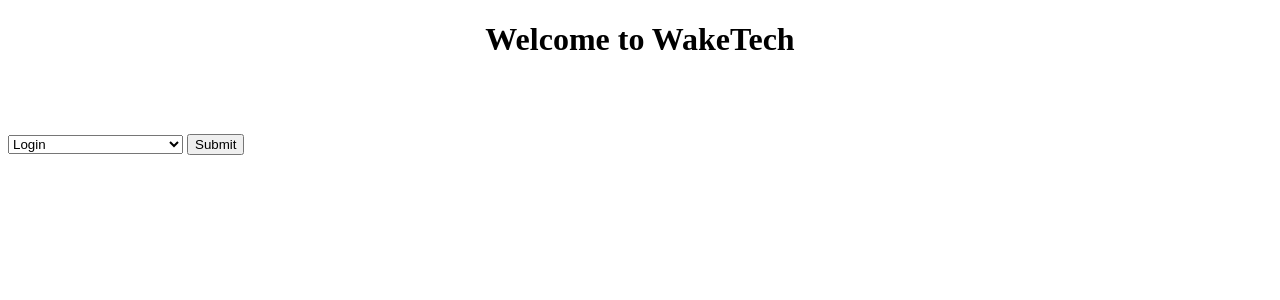
Repository: weshayutin/java258Online
Page: http://localhost/Week5Assignment2/menu.jsp
An editor plug-in stored every save of this project. The page is shown before and after the next save, followed by the edit.
The browser window is 1280 px wide. The pictures show the whole page.
The page is served by Tomcat 9. Other server files are loaded and not shown.

Above is the page before, as saved 2011-02-22 21:54:01.

### workspace/Week5Assignment2/WebContent/menu.jsp
<%@ page language="java" contentType="text/html; charset=UTF-8"
    pageEncoding="UTF-8"%>
<!DOCTYPE html PUBLIC "-//W3C//DTD HTML 4.01 Transitional//EN" "http://www.w3.org/TR/html4/loose.dtd">
<html>
<head>
<meta http-equiv="Content-Type" content="text/html; charset=UTF-8">
<title> Welcome to WakeTech</title>
<h1 align="center"> Welcome to WakeTech</h1>
</head>
<body>
<%


%>

<br><br><br>
<form method="GET" action="ValidateUser.do">
 <select name=mypage>
  <option value="login">Login</option>
  <option value="classcriteria">Search By Criteria</option>
  <option value="classdisplay">Search By Prefix</option>
  <option value="schedule">Display Student Schedule</option>
</select>

	 <input type="SUBMIT"/>



</form>


</body>
</html>

After the next save:
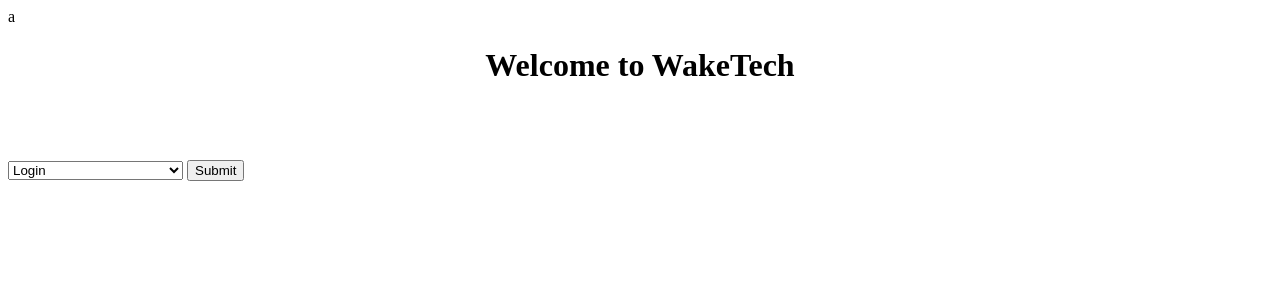
Saved 3 days later.
--- a/workspace/Week5Assignment2/WebContent/menu.jsp
+++ b/workspace/Week5Assignment2/WebContent/menu.jsp
@@ -1,4 +1,4 @@
-<%@ page language="java" contentType="text/html; charset=UTF-8"
+ a<%@ page language="java" contentType="text/html; charset=UTF-8"
     pageEncoding="UTF-8"%>
 <!DOCTYPE html PUBLIC "-//W3C//DTD HTML 4.01 Transitional//EN" "http://www.w3.org/TR/html4/loose.dtd">
 <html>
